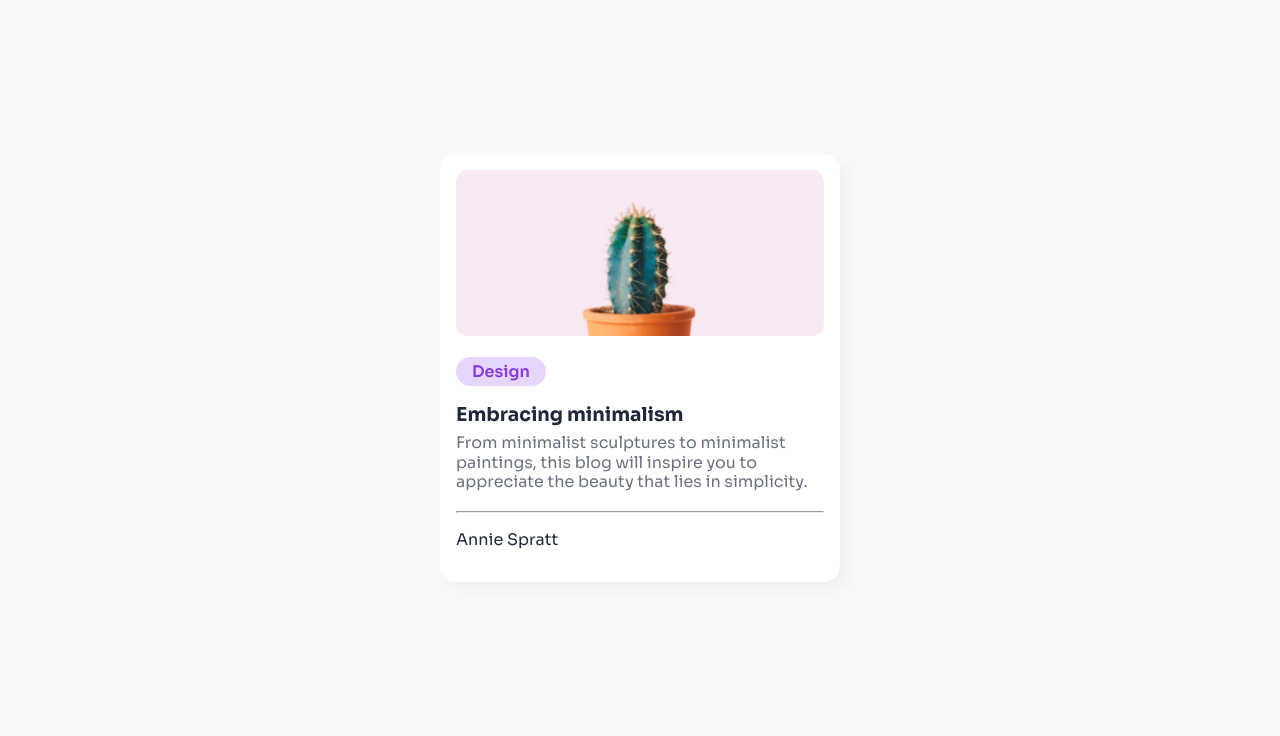
Repository: PCGP22/devChallengesio
Page: 01 - Minimal Blog Card/blogCard.html
These files come from the project's save history. The page is drawn as it stood at one moment and after the next save; the edit follows.
The browser window is 1280 px wide. The pictures show the whole page.

Above is the page before, as saved 2024-01-01 20:03:30.

### 01 - Minimal Blog Card/blogCard.html
<!DOCTYPE html>
<html lang="en">
<head>
    <link rel="stylesheet" type="text/css" href="styles.css">
    <meta charset="UTF-8">
    <meta name="viewport" content="width=device-width, initial-scale=1.0">
    <title>Document</title>
</head>
<body>
    <div class="card">
        <img src="./cactus_img.jpg" alt="cactus image">
        <p class="tag">Design</p>
        <h1>Embracing minimalism</h1>
        <p class="text">From minimalist sculptures to minimalist paintings, this blog will inspire you to appreciate the beauty that lies in simplicity.</p>
        <hr/>
        <p>Annie Spratt</p>
    </div>
</body>
</html>

### 01 - Minimal Blog Card/styles.css
@import url('https://fonts.googleapis.com/css2?family=Prata&family=Sora:wght@400;500;600;700&display=swap');

:root{
    --purple_text: #883AE1;
    --purple_background: #E6D6FC;
    --line: #E5EAF0;
    --body_background: #FAFAF9;
    --card_background: #FFFFFF;
    --text_title: #20293A;
    --text_body: #6C727F;
    --shadow: #efefee;

    --card_width: 368px;

    font-family: 'Sora', sans-serif;;
    color: var(--text_title);
}

body{
    background-color: var(--body_background);
    display: grid;
    place-content: center;
    min-height: 100svh;
}

.card{
    background-color: var(--card_background);
    padding: 16px;
    max-width: var(--card_width);
    border-radius: 16px;
    box-shadow: var(--shadow) 8px 8px 16px;
}

.card img{
    width: 100%;
    border-radius: 12px;
}

.tag{
    display: inline-block;
    background-color: var(--purple_background);
    color: var(--purple_text);
    font-weight: 600;
    padding: 4px 16px;
    border-radius: 16px;
    margin-block: 16px;
}

h1{
    font-size: 1.2em;
    margin-top: 0;
    margin-bottom: 6px;
}

.text{
    margin-top: 0;
    margin-bottom: 20px;
    color: var(--text_body);
    font-weight: 400;
    line-height: 1.2em;
}

After the next save:
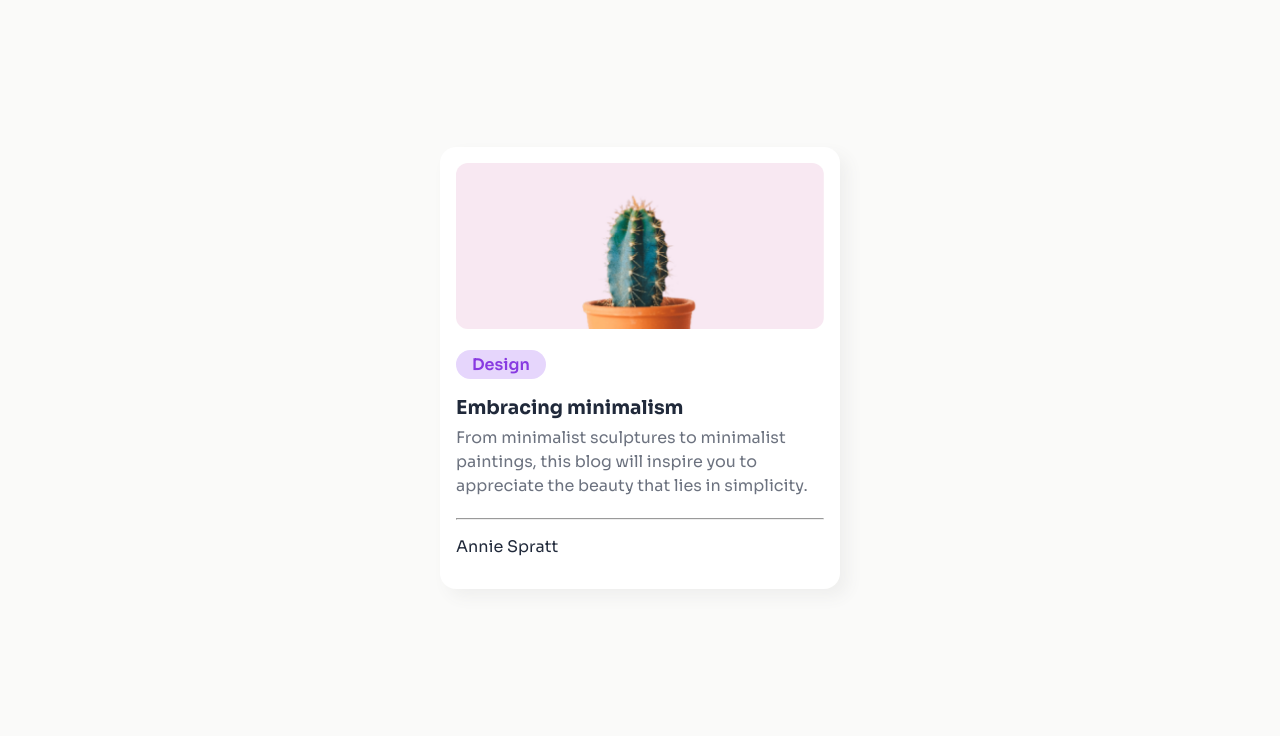
Saved 4 s later.
--- a/01 - Minimal Blog Card/styles.css
+++ b/01 - Minimal Blog Card/styles.css
@@ -57,5 +57,5 @@ h1{
     margin-bottom: 20px;
     color: var(--text_body);
     font-weight: 400;
-    line-height: 1.2em;
+    line-height: 1.5em;
 }
